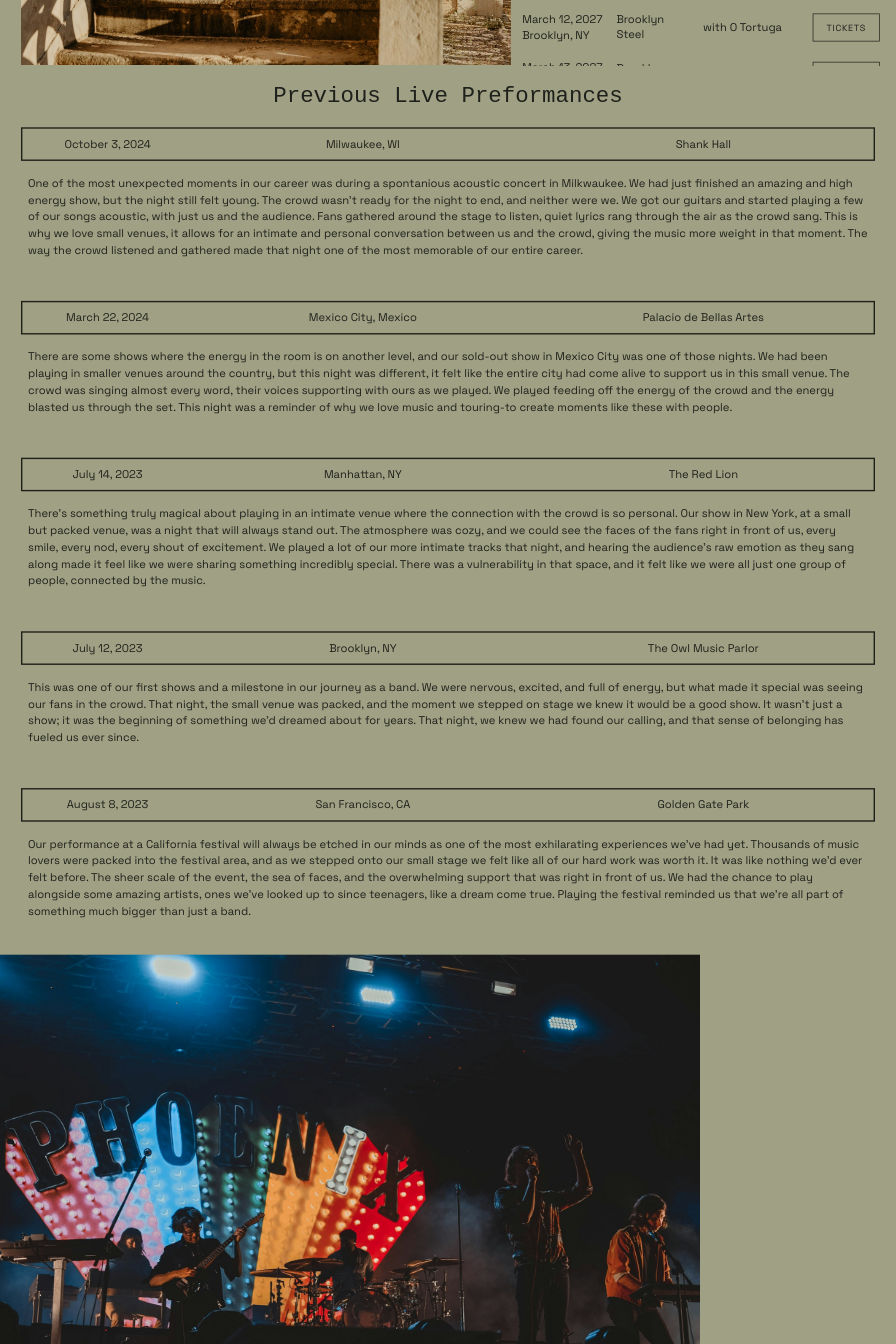
Repository: lime929/voices-del-viento
Page: /tour
These files come from the project's save history. The page is drawn as it stood at one moment and after the next save; the edit follows.
The browser window is 1280 px wide. The pictures show the part of the page from y = 897 to 2817 px (the page is 10329 px tall before and 10279 px after), at 70% of full size.
An inner scrolling area shows only its first screen. The project was rebuilt for these pictures with package versions that can differ from the ones it lists, and the page was loaded fresh each time. The framework's server and built-in components were replaced by stand-ins that run in the browser. Also part of the build but not shown: next.config.mjs.

Above is the page before, as saved 2026-09-14 16:59:20.

After the next save:
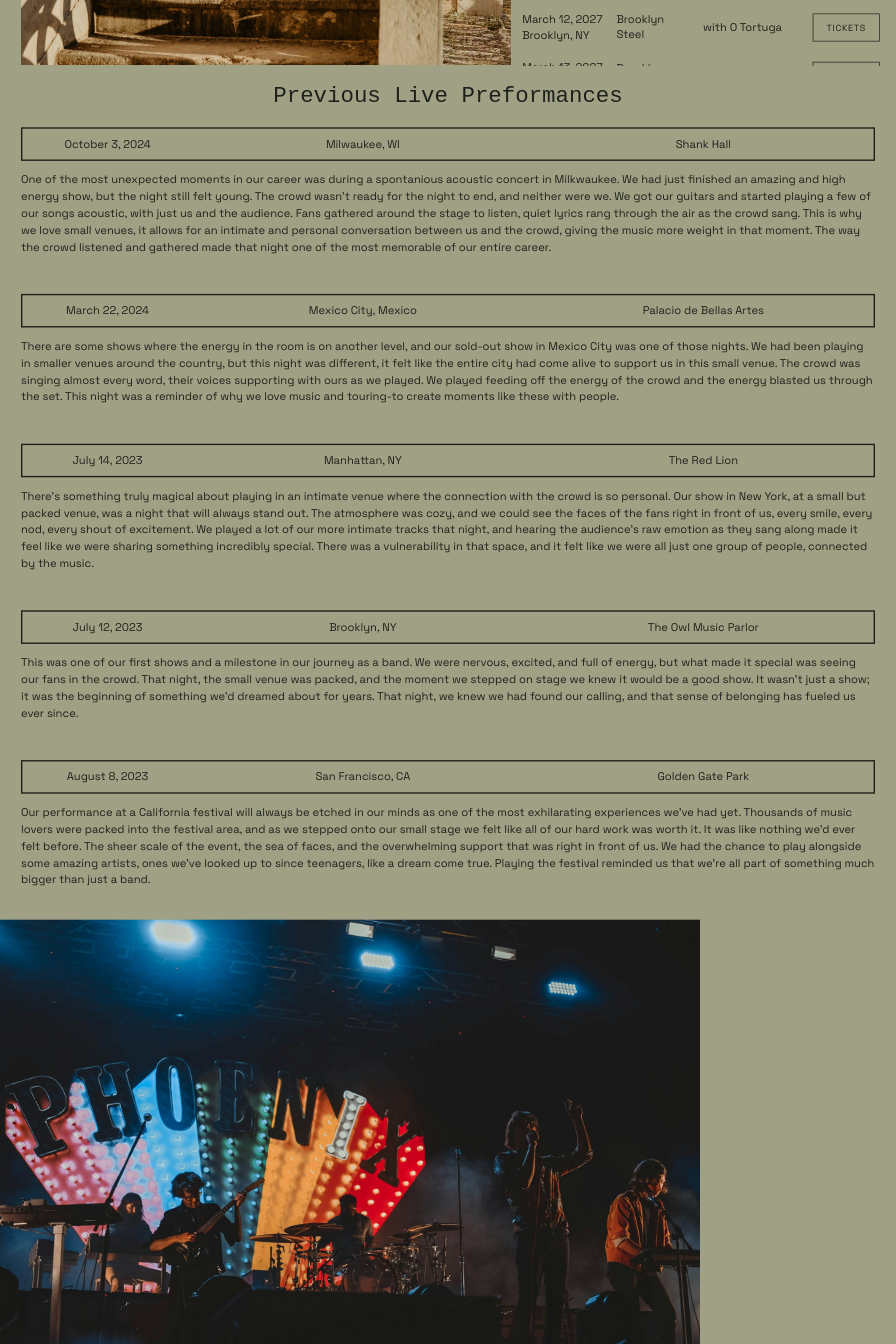
Saved 6 s later.
--- a/app/tour/page.module.css
+++ b/app/tour/page.module.css
@@ -158,7 +158,7 @@
 
 .tourDescription {
   /* border-bottom: 3px solid var(--color-band-olive); */
-  padding: 20px 10px;
+  padding: 15px 0px;
 
 }
 
